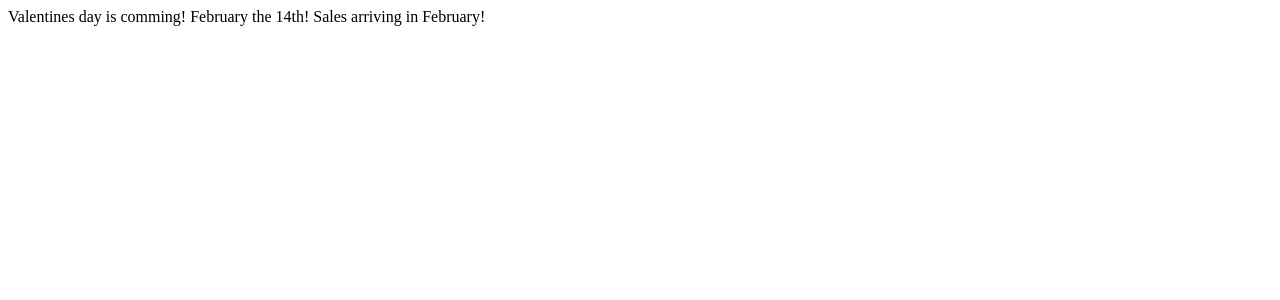
Repository: orsi-batiz/SEwithJSP
Page: http://localhost/OnlineWarehouse/newsletter.jsp
The author's editor kept a copy of each file at every save. The page is drawn from the files as they stood at one save, then again after the next save.
The browser window is 1280 px wide. The pictures show the whole page.
The page is served by Tomcat 9. Other server files are loaded and not shown.

Above is the page before, as saved 2019-01-17 02:03:32.

### OnlineWarehouse/OnlineWarehouse/WebContent/newsletter.jsp
<%@ page language="java" contentType="text/html; charset=ISO-8859-1"
    pageEncoding="ISO-8859-1"%>
<!DOCTYPE html>
<html>
<head>
<meta charset="ISO-8859-1">
<title>Insert title here</title>
</head>
<body>
Valentines day is comming! February the 14th!
Sales arriving in February!
</body>
</html>

After the next save:
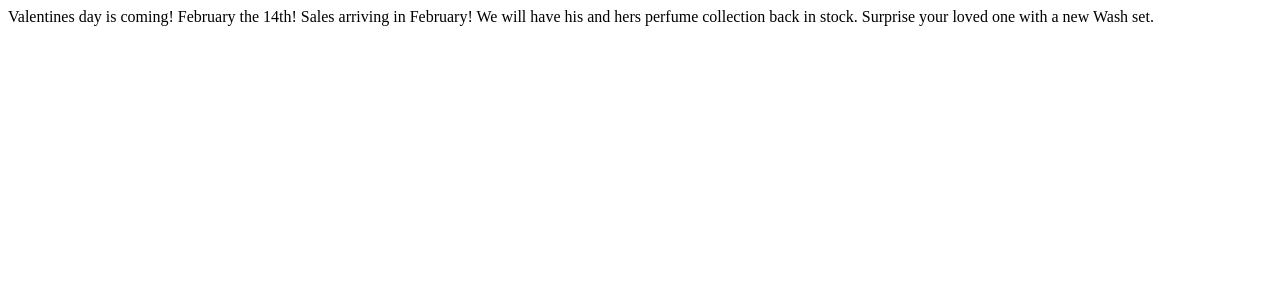
Saved 56 s later.
--- a/OnlineWarehouse/OnlineWarehouse/WebContent/newsletter.jsp
+++ b/OnlineWarehouse/OnlineWarehouse/WebContent/newsletter.jsp
@@ -7,7 +7,9 @@
 <title>Insert title here</title>
 </head>
 <body>
-Valentines day is comming! February the 14th!
+Valentines day is coming! February the 14th!
 Sales arriving in February!
+We will have his and hers perfume collection back in stock.
+Surprise your loved one with a new Wash set.
 </body>
 </html>
